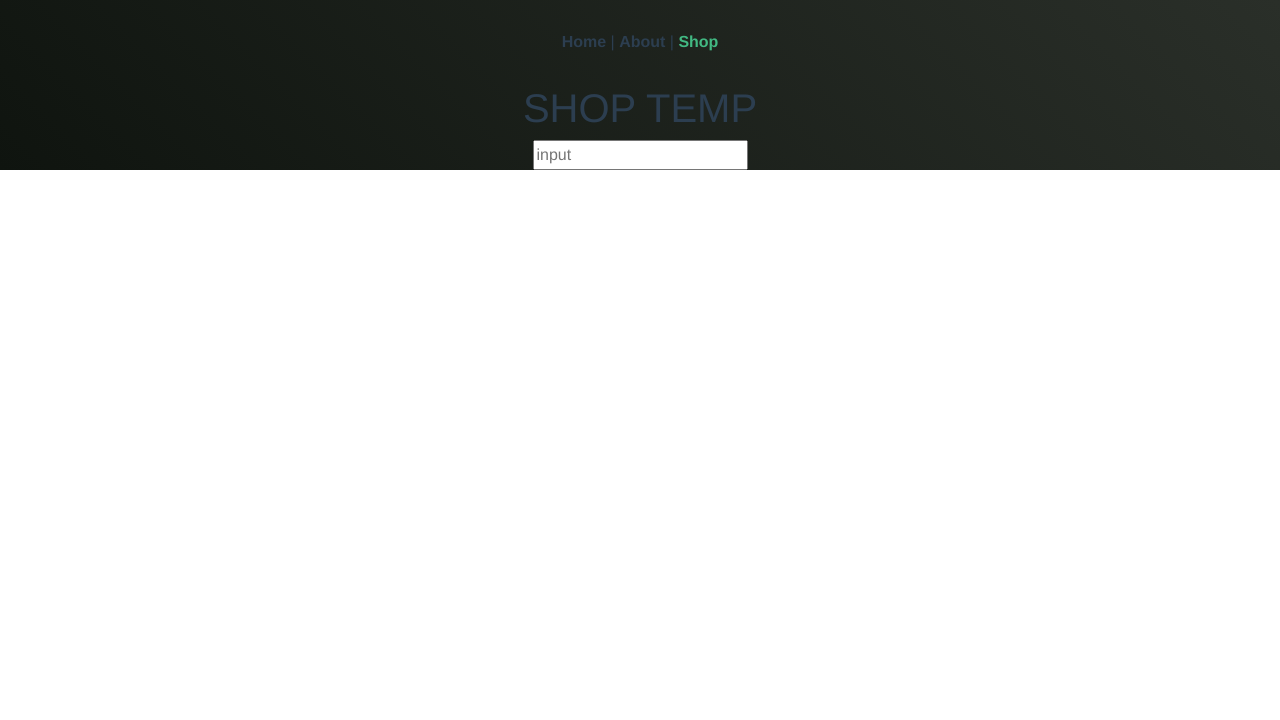
Repository: ramcd86/vuetest
Page: /#/shop
The author's editor kept a copy of each file at every save. The page is drawn from the files as they stood at one save, then again after the next save.
The browser window is 1280 px wide. The pictures show the whole page.
The project was rebuilt for these pictures with package versions that can differ from the ones it lists, and the page was loaded fresh each time. Requests to the local data server were answered from the project's data file. Also part of the build but not shown: src/components/HelloWorld.vue, src/views/Home.vue.

Above is the page before, as saved 2019-07-08 11:13:45.

### public/index.html
<!DOCTYPE html>
<html lang="en">
  <head>
    <meta charset="utf-8">
    <meta http-equiv="X-UA-Compatible" content="IE=edge">
    <meta name="viewport" content="width=device-width,initial-scale=1.0">
    <link rel="icon" href="<%= BASE_URL %>favicon.ico">
    <link href="https://stackpath.bootstrapcdn.com/bootstrap/4.3.1/css/bootstrap.min.css" rel="stylesheet" integrity="sha384-ggOyR0iXCbMQv3Xipma34MD+dH/1fQ784/j6cY/iJTQUOhcWr7x9JvoRxT2MZw1T" crossorigin="anonymous">
    <link href="https://stackpath.bootstrapcdn.com/font-awesome/4.7.0/css/font-awesome.min.css" rel="stylesheet" integrity="sha384-wvfXpqpZZVQGK6TAh5PVlGOfQNHSoD2xbE+QkPxCAFlNEevoEH3Sl0sibVcOQVnN" crossorigin="anonymous">
    <title>storeapp</title>
    <style>
    .container-fluid {
      color: #FFF;
      background: rgb(15,20,15);
      background: -moz-linear-gradient(45deg, rgba(15,20,15,1) 0%, rgba(42,47,41,1) 100%);
      background: -webkit-linear-gradient(45deg, rgba(15,20,15,1) 0%, rgba(42,47,41,1) 100%);
      background: linear-gradient(45deg, rgba(15,20,15,1) 0%, rgba(42,47,41,1) 100%);
      filter: progid:DXImageTransform.Microsoft.gradient(startColorstr="#0f140f",endColorstr="#2a2f29",GradientType=1);
    }
    </style>
  </head>
  <body>
    <noscript>
      <strong>We're sorry but storeapp doesn't work properly without JavaScript enabled. Please enable it to continue.</strong>
    </noscript>
    <main  class="container-fluid">
    <div id="app"></div>
  </main>
    <!-- built files will be auto injected -->
  </body>
</html>

### src/App.vue
<template>
  <div id="app">
    <div id="nav">
      <router-link to="/">Home</router-link> |
      <router-link to="/about">About</router-link> |
      <router-link :to="{ name: 'shop', params: { queryData } }">Shop</router-link>
    </div>
    <router-view />
  </div>
</template>


<script>
import { get, post } from "@/helpers/Utilities.js";

export default {


  data() {
    return {
      get: get,
      post: post,

      queryData: ''
    };
  },

  created() {
    this.get("http://localhost:3000/employees").then(resp => {
      this.queryData = JSON.parse(resp);
    });
  },

  methods: {},

  mounted() {
    console.log(this.queryData);
  }
};
</script>


<style lang="scss">
#app {
  font-family: "Avenir", Helvetica, Arial, sans-serif;
  -webkit-font-smoothing: antialiased;
  -moz-osx-font-smoothing: grayscale;
  text-align: center;
  color: #2c3e50;
}
#nav {
  padding: 30px;
  a {
    font-weight: bold;
    color: #2c3e50;
    &.router-link-exact-active {
      color: #42b983;
    }
  }
}
</style>

### src/router.js
import Vue from 'vue'
import Router from 'vue-router'
import Home from './views/Home.vue'
import Shop from './views/Shop.vue'

Vue.use(Router)

export default new Router({
  routes: [
    {
      path: '/',
      name: 'home',
      component: Home
    },
    {
      path: '/shop',
      name: 'shop',
      component: Shop,
      props: true
    },
    {
      path: '/about',
      name: 'about',
      // route level code-splitting
      // this generates a separate chunk (about.[hash].js) for this route
      // which is lazy-loaded when the route is visited.
      component: () => import(/* webpackChunkName: "about" */ './views/About.vue')
    }
  ]
})

### src/helpers/Utilities.js
export const logger = (arg) => {
    console.log(arg);
}


export const post = (value) => {
    return new Promise((resolve, reject) => {
        const request = new XMLHttpRequest();
        request.timeout = 2000;
        request.open('POST', value.url, true);
        request.setRequestHeader('Content-Type', 'application/x-www-form-urlencoded; charset=UTF-8');
        request.send(value.data);
        request.onreadystatechange = (e) => {
            if (request.readyState === 4) {
                if (request.status === 200) {
                    resolve(request.response);
                } else {
                    reject(request.status);
                }
            }
        };
        request.timeout = () => {
            reject("The operation timed out.");
        };
    });

}

export const get = (url) => {
    return new Promise((resolve, reject) => {
        const request = new XMLHttpRequest();
        request.timeout = 2000;
        request.onreadystatechange = function (e) {
            if (request.readyState === 4) {
                if (request.status === 200) {
                    resolve(request.response);
                } else {
                    reject(request.status);
                }
            }
        };
        request.ontimeout = function () {
            reject("The operation timed out.");
        };
        request.open('get', url, true);
        request.send();
    });
}

### src/views/Shop.vue

// Template
<template>
    <div>
    <h1>SHOP TEMP</h1>
            <div v-for="item in dataSet" v-bind:key="item.id">
                {{item.id}} | {{item.first_name}} {{item.last_name}} | {{item.email}}
            </div>
            <input type="text" placeholder="input" v-model="inputData">
            {{inputData}}
    </div>
</template>

// Script
<script>
export default {
    name: 'shop',

    props: ['queryData'],

    data() {
        return {
            dataSet: [],
            inputData: ''
            }
    },

    created() {
        this.dataSet = this.queryData;
    },

    mounted() {
        console.log(this.dataSet);
    },

    watch: {
        inputData(val) {
            console.log(val)
        }
    }
}
</script>

// Style
<style lang="scss" scoped>


</style>

### src/mock/db.json
{
  "employees": [
    {
      "id": 1,
      "first_name": "Sebastian",
      "last_name": "Eschweiler",
      "email": "sebastian@codingthesmartway.com"
    },
    {
      "id": 2,
      "first_name": "Steve",
      "last_name": "Palmer",
      "email": "steve@codingthesmartway.com"
    },
    {
      "id": 3,
      "first_name": "Ann",
      "last_name": "Smith",
      "email": "ann@codingthesmartway.com"
    }
  ]
}

Loaded but not shown: src/main.js (common file)

After the next save:
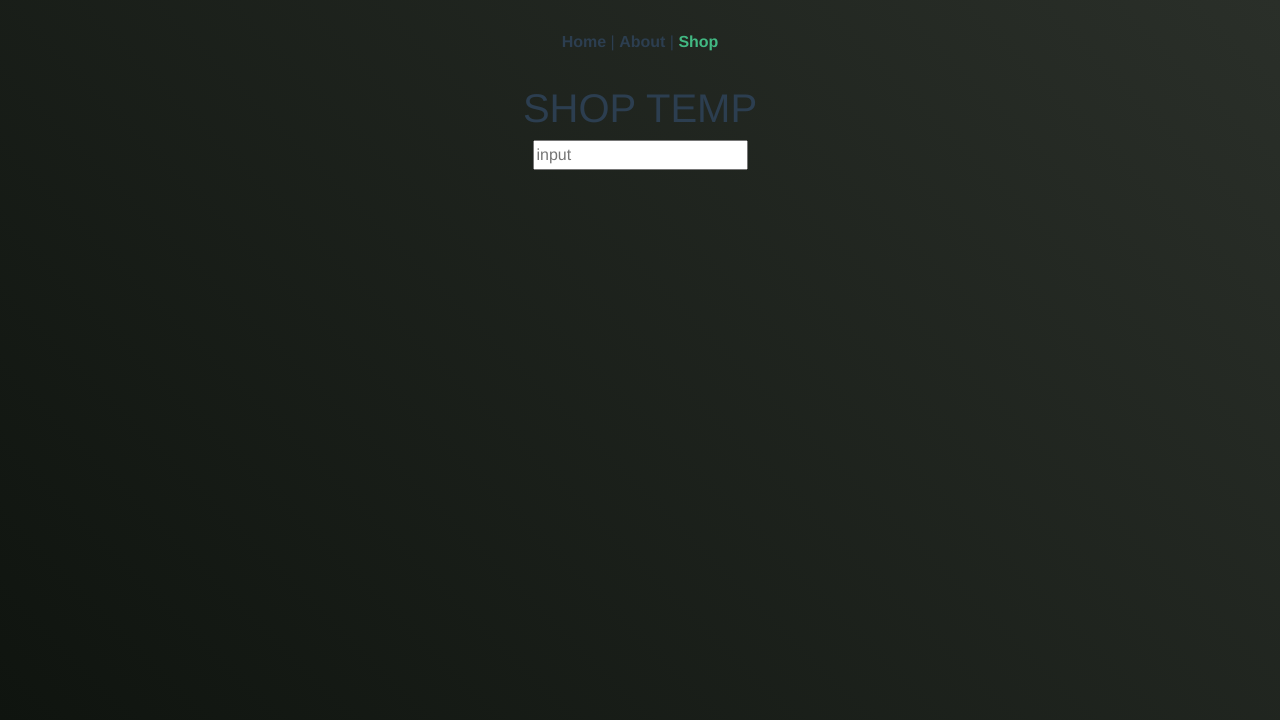
Saved 12 s later.
--- a/public/index.html
+++ b/public/index.html
@@ -16,6 +16,7 @@
       background: -webkit-linear-gradient(45deg, rgba(15,20,15,1) 0%, rgba(42,47,41,1) 100%);
       background: linear-gradient(45deg, rgba(15,20,15,1) 0%, rgba(42,47,41,1) 100%);
       filter: progid:DXImageTransform.Microsoft.gradient(startColorstr="#0f140f",endColorstr="#2a2f29",GradientType=1);
+      min-height: 100vh;
     }
     </style>
   </head>
